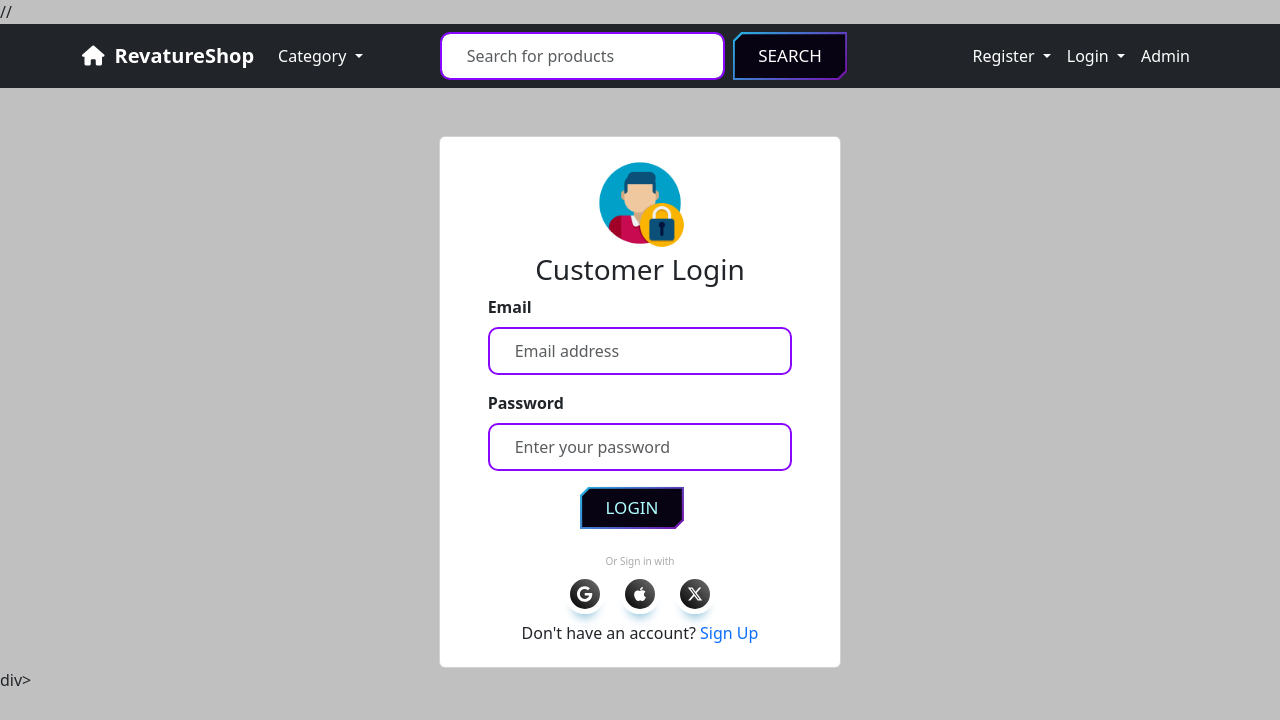
Repository: asmitsuragond15/Project_Ecom
Page: http://localhost/RevatureShop/login.jsp
These files come from the project's save history. The page is drawn as it stood at one moment and after the next save; the edit follows.
The browser window is 1280 px wide. The pictures show the whole page.
The page is served by Tomcat 10. Queries for data that is not in the repository find no rows.

Above is the page before, as saved 2024-08-31 19:16:59.

After the next save:
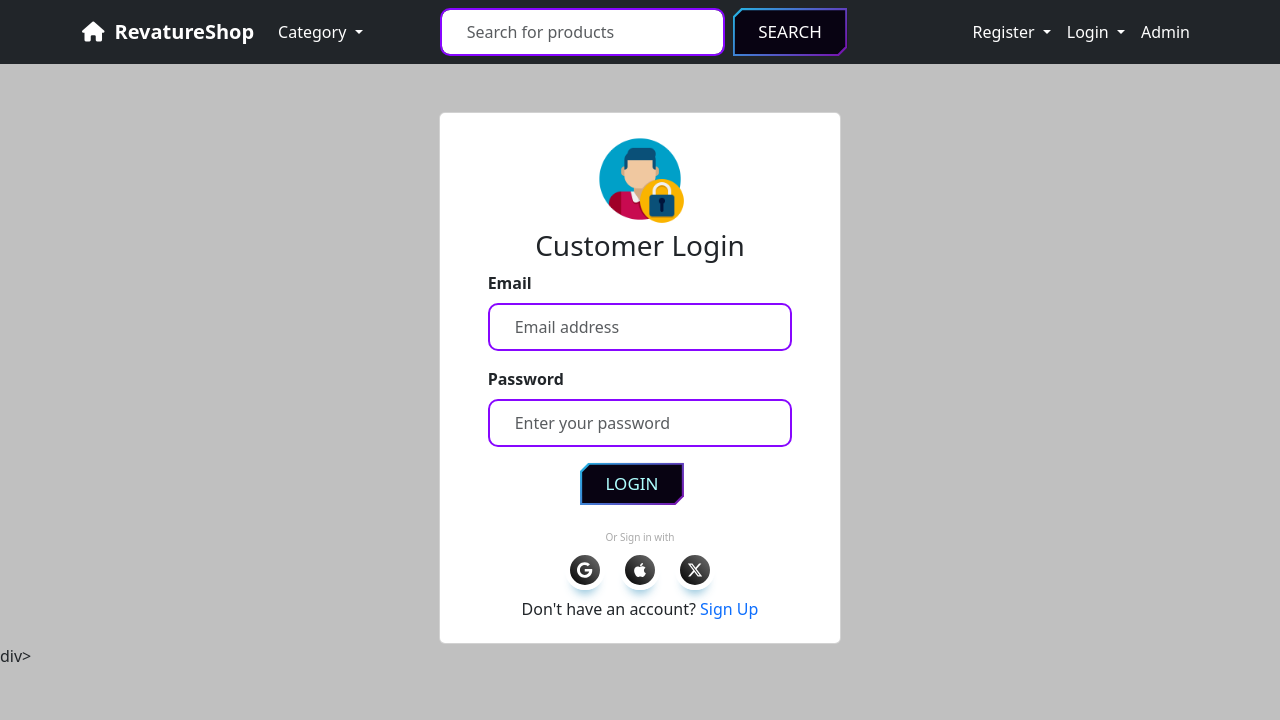
Saved 47 s later.
--- a/RevatureShop/src/main/webapp/login.jsp
+++ b/RevatureShop/src/main/webapp/login.jsp
@@ -185,7 +185,7 @@ background-colour:rgb(155, 169, 142);
 <body >
 
 	<!--navbar -->
-	//<%@include file="Components/navbar.jsp"%>
+	<%@include file="Components/navbar.jsp"%>
 
 
 	<div class="container-fluid ">
